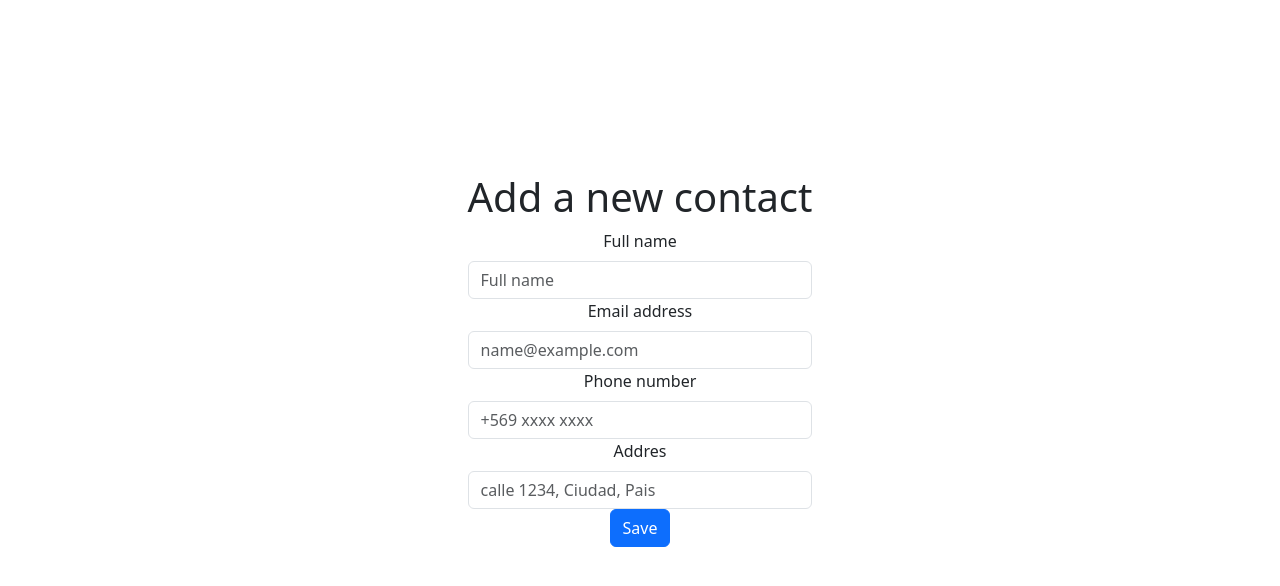
Repository: Cyttariasp/react-router-contact-list
Page: /add (app in contact-list/)
An editor plug-in stored every save of this project. The page is shown before and after the next save, followed by the edit.
The browser window is 1280 px wide. The pictures show the whole page.
The project was rebuilt for these pictures with package versions that can differ from the ones it lists, and the page was loaded fresh each time. Also part of the build but not shown: contact-list/vite.config.js, contact-list/src/views/Home.jsx, contact-list/src/views/Contact.jsx.

Above is the page before, as saved 2025-07-21 11:04:16.

After the next save:
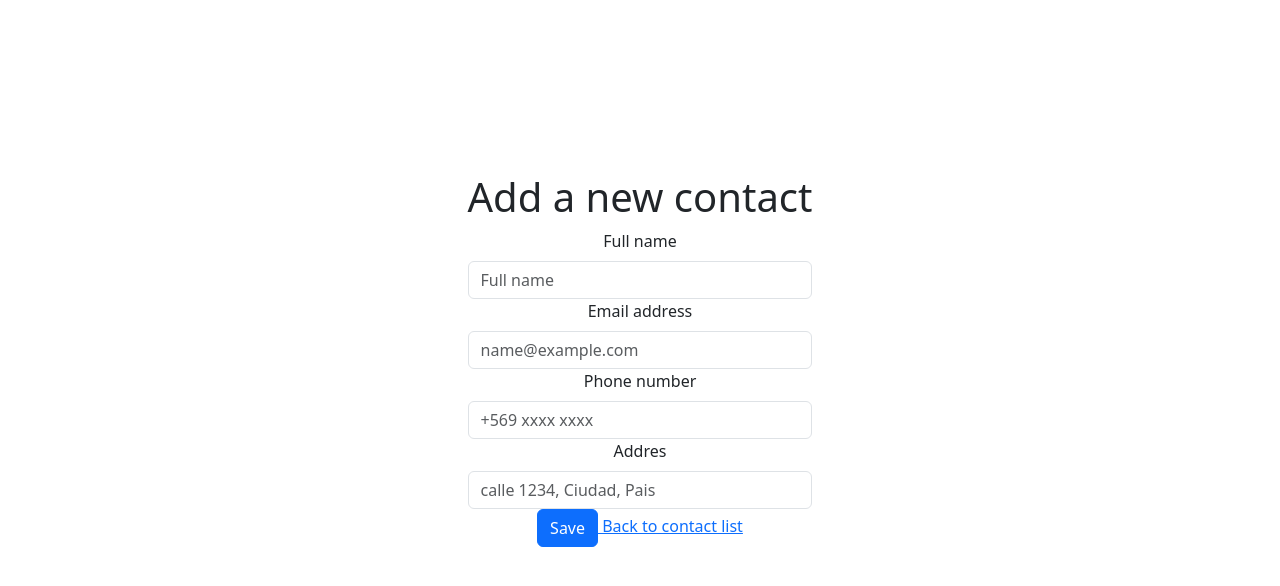
Saved 34 s later.
--- a/contact-list/src/views/Add.jsx
+++ b/contact-list/src/views/Add.jsx
@@ -47,7 +47,7 @@ function Add() {
         />
       </div>
       <button className="btn btn-primary">Save</button>
-      <a href="/" />
+      <a href="/"> Back to contact list</a>
     </div>
   );
 }
